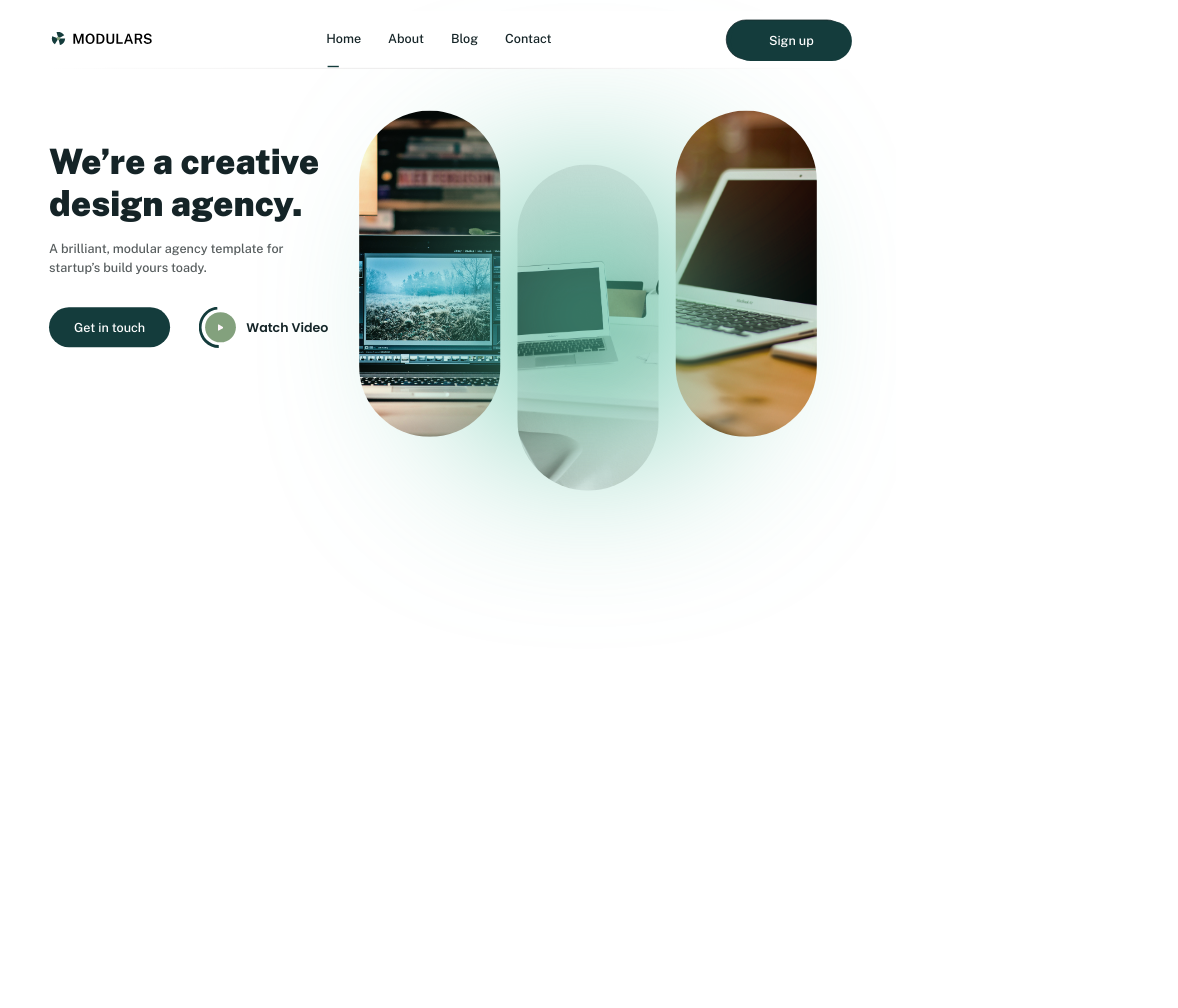
Repository: Learncode-every-day/Project-3.1
Page: index.html
An editor plug-in stored every save of this project. The page is shown before and after the next save, followed by the edit.
The browser window is 1280 px wide. The page is 1280 px wide, then 1683 px, then 1280 px, so the pictures cover 1683 px, including what lies to the right of the window. The pictures show the part of the page from y = 0 to 1440 px (the page is 5015 px tall), at 70% of full size.

Above is the page before, as saved 2024-06-23 16:03:38.

### index.html
<!DOCTYPE html>
<html lang="en">
    <head>
        <meta charset="UTF-8" />
        <meta name="viewport" content="width=device-width, initial-scale=1.0" />
        <title>Project 3.1</title>
        <!-- Favicon -->
        <link
            rel="apple-touch-icon"
            sizes="57x57"
            href="./assets/favicon/apple-icon-57x57.png"
        />
        <link
            rel="apple-touch-icon"
            sizes="60x60"
            href="./assets/favicon/apple-icon-60x60.png"
        />
        <link
            rel="apple-touch-icon"
            sizes="72x72"
            href="./assets/favicon/apple-icon-72x72.png"
        />
        <link
            rel="apple-touch-icon"
            sizes="76x76"
            href="./assets/favicon/apple-icon-76x76.png"
        />
        <link
            rel="apple-touch-icon"
            sizes="114x114"
            href="./assets/favicon/apple-icon-114x114.png"
        />
        <link
            rel="apple-touch-icon"
            sizes="120x120"
            href="./assets/favicon/apple-icon-120x120.png"
        />
        <link
            rel="apple-touch-icon"
            sizes="144x144"
            href="./assets/favicon/apple-icon-144x144.png"
        />
        <link
            rel="apple-touch-icon"
            sizes="152x152"
            href="./assets/favicon/apple-icon-152x152.png"
        />
        <link
            rel="apple-touch-icon"
            sizes="180x180"
            href="./assets/favicon/apple-icon-180x180.png"
        />
        <link
            rel="icon"
            type="image/png"
            sizes="192x192"
            href="./assets/favicon/android-icon-192x192.png"
        />
        <link
            rel="icon"
            type="image/png"
            sizes="32x32"
            href="./assets/favicon/favicon-32x32.png"
        />
        <link
            rel="icon"
            type="image/png"
            sizes="96x96"
            href="./assets/favicon/favicon-96x96.png"
        />
        <link
            rel="icon"
            type="image/png"
            sizes="16x16"
            href="./assets/favicon/favicon-16x16.png"
        />
        <link rel="manifest" href="./assets/favicon/manifest.json" />
        <meta name="msapplication-TileColor" content="#ffffff" />
        <meta
            name="msapplication-TileImage"
            content="./assets/favicon/ms-icon-144x144.png"
        />
        <meta name="theme-color" content="#ffffff" />
        <!-- Reset CSS -->
        <link rel="stylesheet" href="./assets/css/reset.css" />
        <!-- Embed Fonts -->
        <link rel="stylesheet" href="./assets/fonts/stylesheet.css" />
        <!-- Style CSS -->
        <link rel="stylesheet" href="./assets/css/style.css" />
    </head>
    <body style="height: 5000px">
        <!-- Header -->
        <header class="header">
            <div class="container">
                <!-- Header top -->
                <div class="header-top">
                    <!-- Logo -->
                    <a href="#!">
                        <img src="./assets/icons/logo.svg" alt="Modulars" />
                    </a>

                    <!-- Navbar -->
                    <nav class="navbar">
                        <ul class="navbar__list">
                            <li class="navbar__item">
                                <a
                                    href="#!"
                                    class="navbar__link navbar__link--active"
                                    >Home</a
                                >
                            </li>
                            <li class="navbar__item">
                                <a href="#!" class="navbar__link">About</a>
                            </li>
                            <li class="navbar__item">
                                <a href="#!" class="navbar__link">Blog</a>
                            </li>
                            <li class="navbar__item">
                                <a href="#!" class="navbar__link">Contact</a>
                            </li>
                        </ul>
                    </nav>

                    <!-- Action -->
                    <button class="header-action">
                        <a href="#!" class="btn">Sign up</a>
                    </button>
                </div>
                <div class="separate-line"></div>
            </div>
        </header>

        <main>
            <!-- Hero -->
            <section class="hero">
                <div class="container">
                    <div class="hero__inner">
                        <!-- Hero Content -->
                        <section class="hero__content">
                            <h1 class="hero__heading">
                                We’re a creative design agency.
                            </h1>
                            <p class="hero__desc">
                                A brilliant, modular agency template for
                                startup’s build yours toady.
                            </p>
                            <div class="hero__row">
                                <a href="#!" class="btn">Get in touch</a>
                                <div class="hero-action">
                                    <div class="play-btn">
                                        <img
                                            src="./assets/icons/eclip.svg"
                                            alt="eclip"
                                            class="eclip-icon"
                                        />
                                        <img
                                            src="./assets/icons/play.svg"
                                            alt="Play button"
                                            class="play-icon"
                                        />
                                    </div>
                                    <span class="hero-action__desc"
                                        >Watch Video</span
                                    >
                                </div>
                            </div>
                        </section>

                        <!-- Hero Media -->
                        <div class="hero__media">
                            <figure>
                                <img
                                    src="./assets/img/header-1.jpg"
                                    alt=""
                                    class="hero__image"
                                />
                                <img
                                    src="./assets/img/header-2.jpg"
                                    alt=""
                                    class="hero__image"
                                />
                                <img
                                    src="./assets/img/header-3.jpg"
                                    alt=""
                                    class="hero__image"
                                />
                                <div class="circle"></div>
                            </figure>
                        </div>
                    </div>
                </div>
            </section>
        </main>
    </body>
</html>

### assets/css/reset.css
/* http://meyerweb.com/eric/tools/css/reset/
    v2.0 | 20110126
    License: none (public domain)
*/

html,
body,
div,
span,
applet,
object,
iframe,
h1,
h2,
h3,
h4,
h5,
h6,
p,
blockquote,
pre,
a,
abbr,
acronym,
address,
big,
cite,
code,
del,
dfn,
em,
img,
ins,
kbd,
q,
s,
samp,
small,
strike,
strong,
sub,
sup,
tt,
var,
b,
u,
i,
center,
dl,
dt,
dd,
ol,
ul,
li,
fieldset,
form,
label,
legend,
table,
caption,
tbody,
tfoot,
thead,
tr,
th,
td,
article,
aside,
canvas,
details,
embed,
figure,
figcaption,
footer,
header,
hgroup,
menu,
nav,
output,
ruby,
section,
summary,
time,
mark,
audio,
video {
    margin: 0;
    padding: 0;
    border: 0;
    font-size: 100%;
    font: inherit;
    vertical-align: baseline;
}
/* HTML5 display-role reset for older browsers */
article,
aside,
details,
figcaption,
figure,
footer,
header,
hgroup,
menu,
nav,
section {
    display: block;
}
body {
    line-height: 1;
}
ol,
ul {
    list-style: none;
}
blockquote,
q {
    quotes: none;
}
blockquote:before,
blockquote:after,
q:before,
q:after {
    content: "";
    content: none;
}
table {
    border-collapse: collapse;
    border-spacing: 0;
}

### assets/css/style.css
* {
    box-sizing: border-box;
}

:root {
    --bg-color: #143c3c;
    /* Màu thay thế */
    --primary-color: #152427;
    --desc-color: #7d8188;
}

html {
    font-size: 62.5%;
}

body {
    font-size: 1.6rem;
    font-family: "Public Sans";
}

/* ===== Common ===== */
a {
    text-decoration: none;
}

input,
textarea,
select,
button {
    font-family: inherit;
    font-size: inherit;
}

.container {
    width: 1140px;
    max-width: calc(100% - 48px);
    margin: 0 auto;
}

.section-heading {
    color: var(--primary-color);
    font-family: Poppins;
    font-size: 4.2rem;
    font-weight: 600;
    line-height: 1.24; /* 123.81% */
}

.section-desc {
    color: var(--desc-color);
    font-family: Poppins;
    font-size: 1.4rem;
    font-weight: 500;
    line-height: 1.71; /* 171.429% */
}

.btn {
    display: flex;
    align-items: center;
    justify-content: center;
    min-width: 173px;
    height: 57px;
    border-radius: 40px;
    background: var(--bg-color);
    color: #fff;
    font-size: 1.8rem;
    font-weight: 500;
    line-height: 1.56; /* 155.556% */
}

/* ===== Header ===== */
.header {
    position: sticky;
    top: 0;
    background: #fff;
    z-index: 9999;
}

.header-top {
    margin-top: 15px;
    padding: 13px 0;
    display: flex;
    align-items: center;
    justify-content: space-between;
}

.navbar__list {
    display: flex;
    min-width: 322px;
    justify-content: space-between;
}

.navbar__link {
    position: relative;
    color: var(--primary-color);
    font-size: 1.8rem;
    font-weight: 500;
    line-height: 1.56; /* 155.556% */
}

.navbar__link--active::before {
    position: absolute;
    content: "";
    left: 2px;
    bottom: -30px;
    width: 16px;
    height: 2px;
    background: var(--bg-color);
}

.header-action {
    width: 173px;
    height: 57px;
    border-radius: 40px;
    border: 1.5px solid var(--primary-color);
    background: var(--bg-color);
}

.separate-line {
    margin-top: -1px;
    width: 100%;
    height: 1px;
    background: linear-gradient(
        90deg,
        #fff 0%,
        #dddcdc 51.09%,
        rgba(212, 212, 212, 0) 99.68%
    );
}

/* ===== Hero ===== */
.hero__inner {
    display: flex;
    justify-content: space-between;
}

.hero__content {
    width: 35%;
}

.hero__heading {
    margin-top: 103px;
    color: var(--primary-color);
    font-size: 5rem;
    font-weight: 800;
    line-height: 1.2; /* 120% */
}

.hero__desc {
    margin-top: 20px;
    color: #575d5e;
    font-size: 1.8rem;
    font-weight: 500;
    line-height: 1.56; /* 155.556% */
}

.hero__row {
    margin-top: 42px;
    display: flex;
    align-items: center;
    justify-content: space-between;
}

.hero-action {
    position: relative;
    display: flex;
    align-items: center;
    justify-content: center;
}

.hero-action__desc {
    color: var(--primary-color);
    font-family: Poppins;
    font-size: 1.8rem;
    font-weight: 600;
    line-height: 1.67; /* 166.667% */
}

.play-btn {
    margin-right: 15px;
    display: flex;
    align-items: center;
    justify-content: center;
    width: 44px;
    height: 43px;
    border-radius: 50%;
    background: #83a17d;
}

.eclip-icon {
    position: absolute;
    left: -9px;
    bottom: -8px;
}

.hero__media {
    position: relative;
    display: flex;
    margin-right: 23px;
    padding-top: 60px;
}

.hero__image {
    margin-right: 20px;
    height: 466px;
    width: 202px;
    object-fit: cover;
    border-radius: 999px;
    z-index: 1;
}

.hero__image:nth-child(2) {
    transform: translateY(77px);
}

.hero__image:last-child {
    margin-right: 0;
}

.circle {
    position: absolute;
    top: 182px;
    left: 156px;
    width: 340px;
    height: 340px;
    border-radius: 50%;
    background: #4dbb9a;
    filter: blur(137px);
}

Loaded but not shown: assets/fonts/stylesheet.css (335 lines, source omitted)

After the next save:
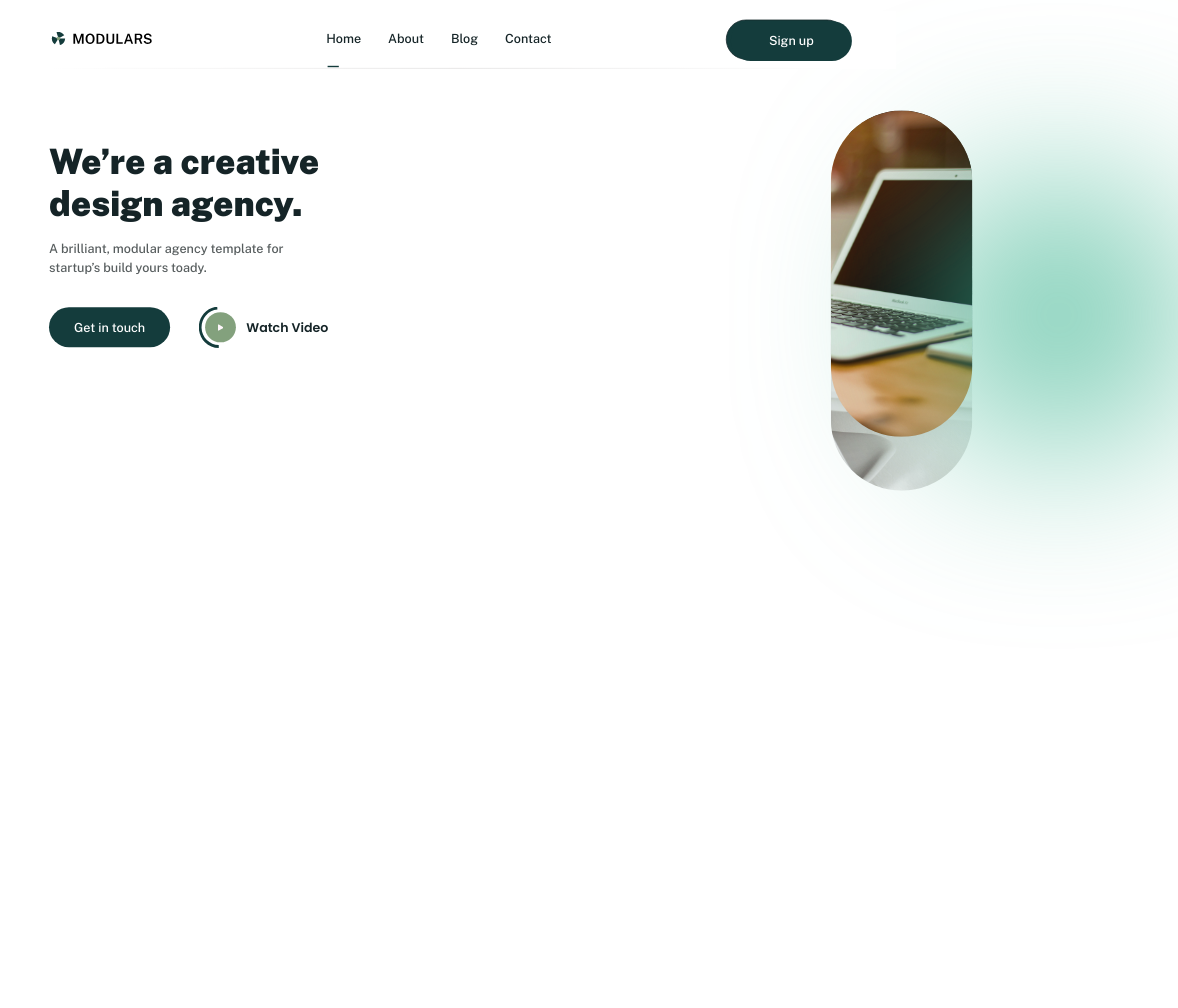
Saved 21 s later.
--- a/assets/css/style.css
+++ b/assets/css/style.css
@@ -200,12 +200,12 @@
 }
 
 .hero__image {
+    position: absolute;
     margin-right: 20px;
     height: 466px;
     width: 202px;
     object-fit: cover;
     border-radius: 999px;
-    z-index: 1;
 }
 
 .hero__image:nth-child(2) {

After the save that followed:
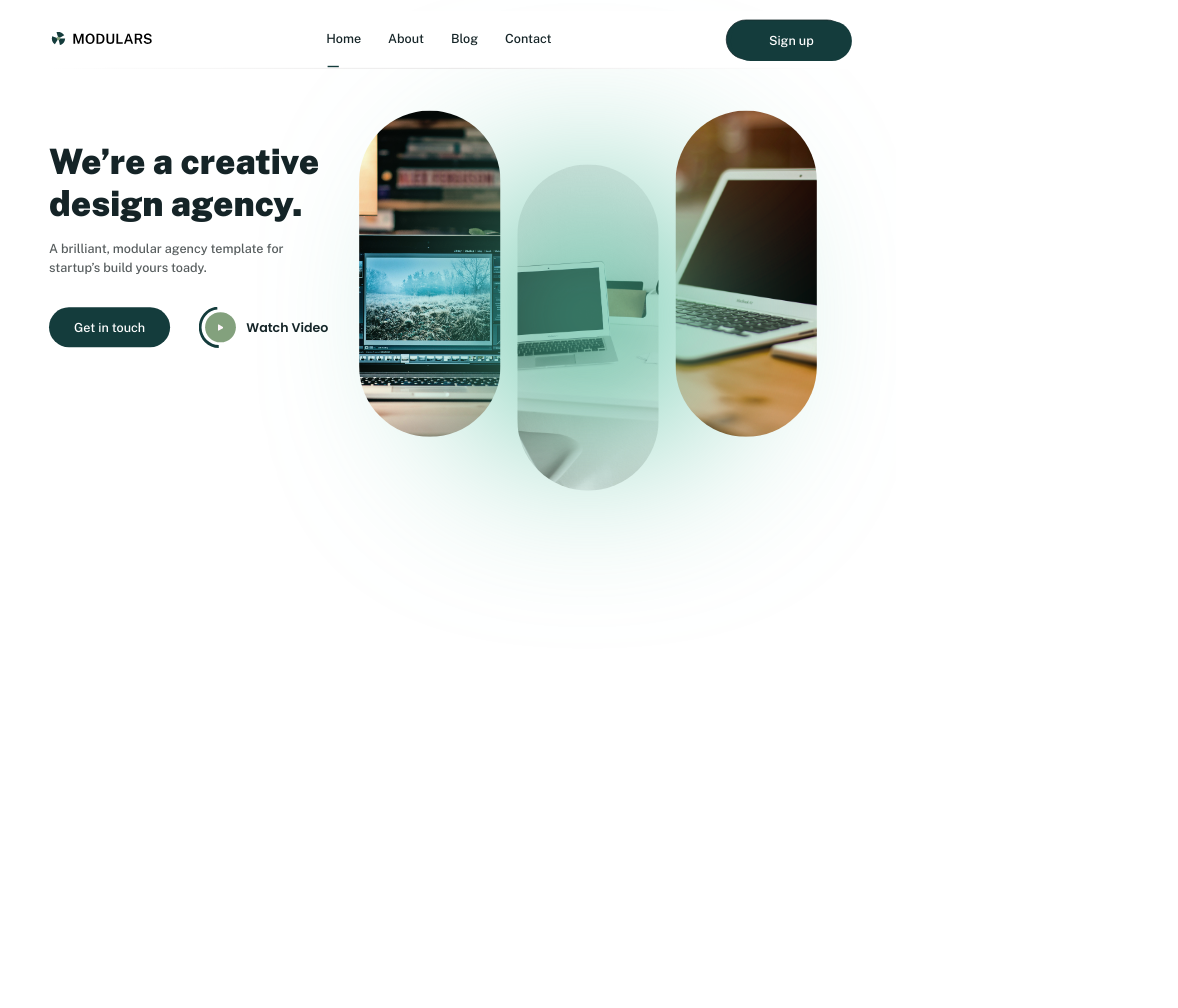
Saved 10 s later.
--- a/assets/css/style.css
+++ b/assets/css/style.css
@@ -200,7 +200,6 @@
 }
 
 .hero__image {
-    position: absolute;
     margin-right: 20px;
     height: 466px;
     width: 202px;
